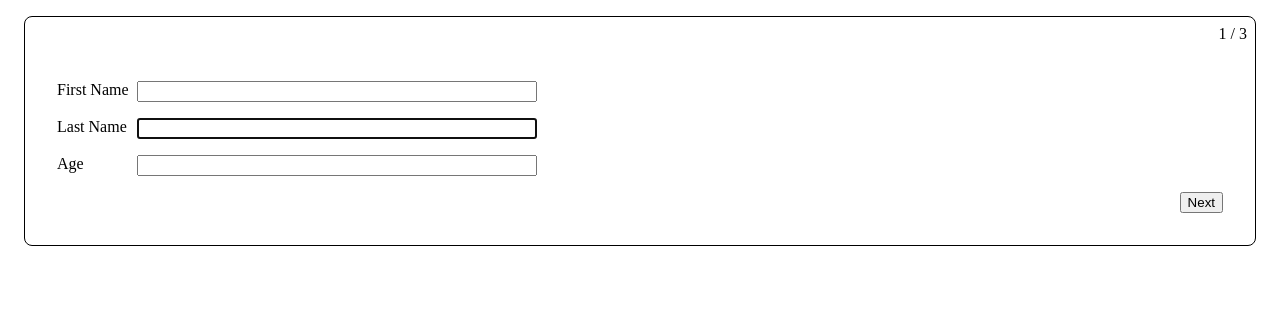
Repository: mohamediyas/reactMultiForm
Page: /
An editor plug-in stored every save of this project. The page is shown before and after the next save, followed by the edit.
The browser window is 1280 px wide. The pictures show the whole page.
The project was rebuilt for these pictures with package versions that can differ from the ones it lists, and the page was loaded fresh each time. Also part of the build but not shown: vite.config.ts, src/AccountForm.tsx, src/AddressForm.tsx.

Above is the page before, as saved 2022-10-08 20:12:33.

### src/App.tsx
import { useState } from "react";
import { AccountForm } from "./AccountForm";
import { AddressForm } from "./AddressForm";

import "./App.css";
import { useMultiform } from "./useMultiform";
import { UserForm } from "./userForm";

function App() {
  const [count, setCount] = useState(0);

  const { step, currentstepIndex, isLastPage, steps, isFirstStep, back, next } =
    useMultiform([<UserForm />, <AddressForm />, <AccountForm />]);

  return (
    <div
      style={{
        position: "relative",
        backgroundColor: "white",
        border: "1px solid black",
        padding: "2rem",
        margin: "1rem",
        borderRadius: "0.5rem",
        fontFamily: "Aerial",
      }}
    >
      <form>
        <div
          style={{
            position: "absolute",
            top: "0.5rem",
            right: "0.5rem",
          }}
        >
          {currentstepIndex + 1} / {steps.length}
        </div>

        {step}
        <div
          style={{
            marginTop: "1rem",
            display: "flex",
            gap: "0.5rem",
            justifyContent: "flex-end",
          }}
        >
          {!isFirstStep && (
            <button type="button" onClick={back}>
              Back
            </button>
          )}
          <button type="button" onClick={next}>
            {isLastPage ? "Finish" : "Next"}
          </button>
        </div>
      </form>
    </div>
  );
}

export default App;

### src/useMultiform.ts
import { ReactElement, useState } from "react";

export function useMultiform(steps: ReactElement[]) {
  const [currentstepIndex, setCurrentstepIndex] = useState(0);

  function next() {
    setCurrentstepIndex((prev) => {
      if (prev >= steps.length - 1) return prev;

      return prev + 1;
    });
  }

  function back() {
    setCurrentstepIndex((prev) => {
      if (prev <= 0) return prev;

      return prev - 1;
    });
  }

  function goTo(index: number) {
    setCurrentstepIndex(index);
  }

  return {
    currentstepIndex,
    step: steps[currentstepIndex],
    next,
    back,
    goTo,
    steps,
    isFirstStep: currentstepIndex === 0,
    isLastPage: currentstepIndex === steps.length - 1,
  };
}

### src/userForm.tsx
import { FormWrapper } from "./FormWrapper";

export function UserForm() {
  return (
    <FormWrapper>
      <label>First Name</label>
      <input autoFocus required type={"text"} />
      <label>Last Name</label>
      <input autoFocus required type={"text"} />
      <label>Age</label>
      <input min={1} required type={"number"} />
    </FormWrapper>
  );
}

### src/FormWrapper.tsx
import { ReactNode } from "react";

type FormWrapperProps = {
  title: string;
  children: ReactNode;
};

export function FormWrapper({ title, children }: FormWrapperProps) {
  return (
    <>
      <h2
        style={{
          textAlign: "center",
          margin: 0,
          marginBottom: "2rem",
        }}
      >
        {title}
      </h2>
      <div
        style={{
          display: "grid",
          gap: "1rem 0.5rem",
          justifyContent: "flex-start",
          gridTemplateColumns: "auto minmax(auto,400px) ",
        }}
      >
        {children}
      </div>
    </>
  );
}

Loaded but not shown: index.html (common file); src/main.tsx (common file); src/App.css (no stored copy; drawn as an empty file); src/index.css (no stored copy; drawn as an empty file)

After the next save:
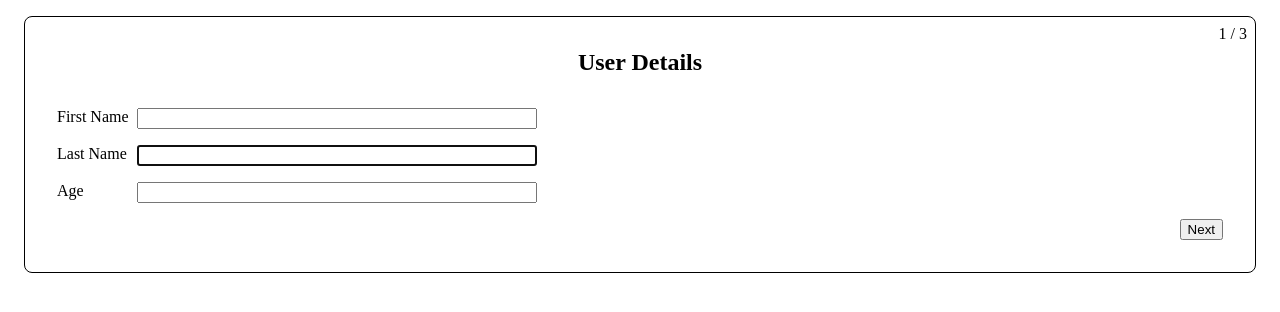
Saved 18 s later.
--- a/src/userForm.tsx
+++ b/src/userForm.tsx
@@ -2,7 +2,7 @@ import { FormWrapper } from "./FormWrapper";
 
 export function UserForm() {
   return (
-    <FormWrapper>
+    <FormWrapper title="User Details">
       <label>First Name</label>
       <input autoFocus required type={"text"} />
       <label>Last Name</label>
